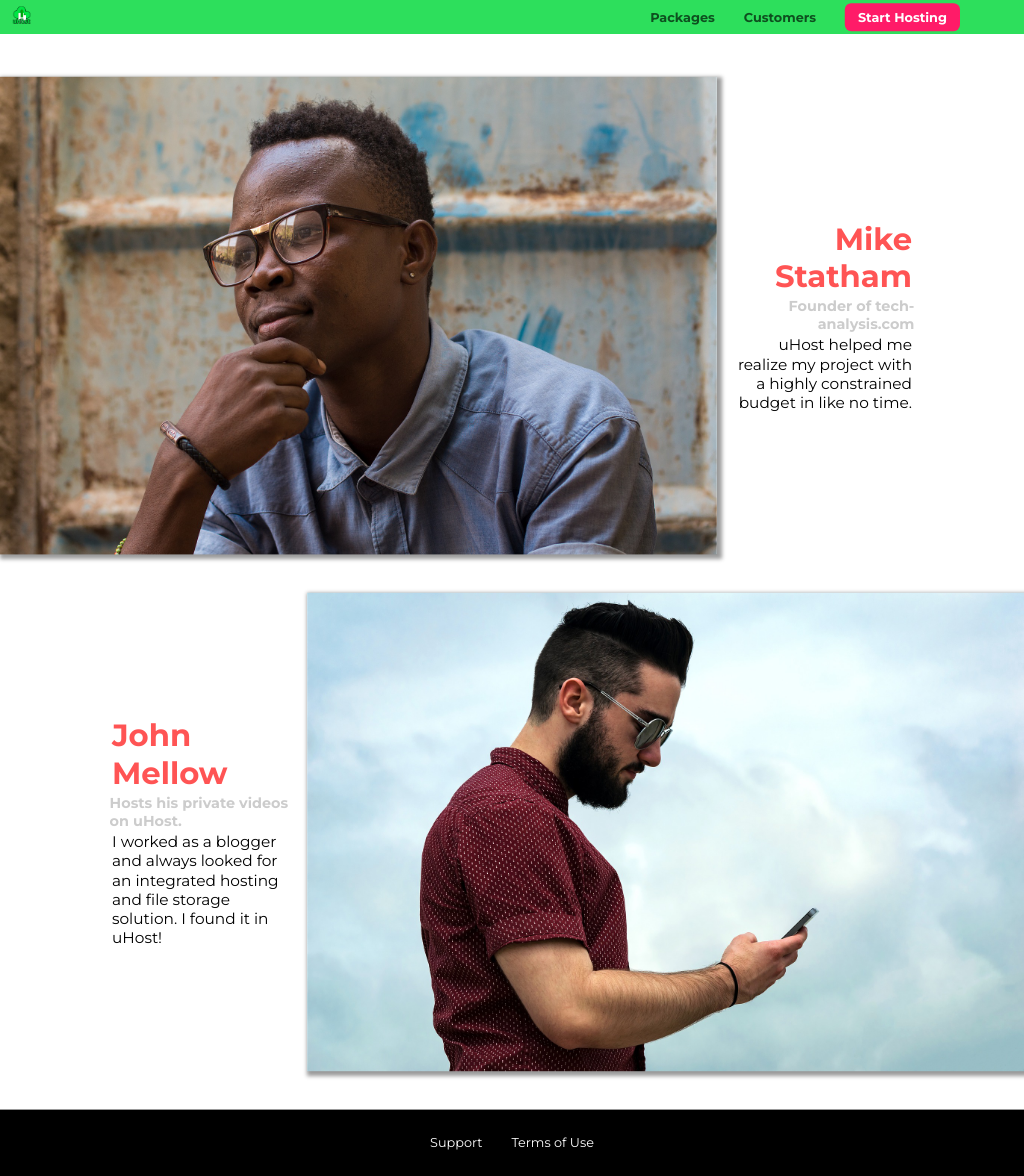
Repository: Nowacki97PL/UdemyCSS
Page: customers/index.html
An editor plug-in stored every save of this project. The page is shown before and after the next save, followed by the edit.
The browser window is 1280 px wide. The pictures show the whole page, at 80% of full size.

Above is the page before, as saved 2023-11-18 14:42:44.

### customers/index.html
<!DOCTYPE html>
<html lang="en">

<head>
    <meta charset="UTF-8">
    <meta name="viewport" content="width=device-width, initial-scale=1.0">
    <meta http-equiv="X-UA-Compatible" content="ie=edge">
    <title>uHost Customers</title>
    <link rel="shortcut icon" href="../images/favicon.png">
    <link href="https://fonts.googleapis.com/css?family=Anton|Montserrat:400,700" rel="stylesheet">
    <link rel="stylesheet" href="customers.css">
    <link rel="stylesheet" href="../shared.css">
    <link rel="stylesheet" href="../main.css">
</head>

<body>
    <div class="backdrop"></div>
    <header class="main-header">
        <div>
            <a href="../index.html" class="main-header__brand">
                <img src="../images/uhost-icon.png" alt="logo">
            </a>
        </div>
        <nav class="main-nav">
            <ul class="main-nav__items">
                <li class="main-nav__item">
                    <a href="packages/index.html">Packages</a>
                </li>
                <li class="main-nav__item">
                    <a href="customers/index.html">Customers</a>
                </li>
                <li class="main-nav__item main-nav__item--cta">
                    <a href="start-hosting/index.html">Start Hosting</a>
                </li>
            </ul>
        </nav>
    </header>

    <main>
        <div>
            <div class="testimonial" id="customer-1">
                <div class="testimonial__image-container">
                    <img src="../images/customer-1.jpg" alt="Mike Statham - Customer" class="testimonial__image">
                </div>
                <div class="testimonial__info">
                    <h1 class="testimonial__name">Mike Statham</h1>
                    <h2 class="testimonial__subtitle">Founder of
                        <a href="tech-analysis.com">tech-analysis.com</a>
                    </h2>
                    <p class="testimonial__text">uHost helped me realize my project with a highly constrained budget in like no time.</p>
                </div>
            </div>
            <div class="testimonial" id="customer-2">

                <div class="testimonial__info">
                    <h1 class="testimonial__name">John Mellow</h1>
                    <h2 class="testimonial__subtitle">Hosts his private videos on uHost.
                    </h2>
                    <p class="testimonial__text">I worked as a blogger and always looked for an integrated hosting and file storage solution. I found
                        it in uHost!
                    </p>
                </div>
                <div class="testimonial__image-container">
                    <img src="../images/customer-2.jpg" alt="John Mellow - Customer" class="testimonial__image">
                </div>
            </div>
        </div>
    </main>
    <footer class="main-footer">
        <nav>
            <ul class="main-footer__links">
                <li class="main-footer__link">
                    <a href="#">Support</a>
                </li>
                <li class="main-footer__link">
                    <a href="#">Terms of Use</a>
                </li>
            </ul>
        </nav>
    </footer>
</body>

</html>

### customers/customers.css
.testimonial {
    font-size: 1.2em;
    margin: 48px 0;
  }

  .testimonial__list {
    width: 80%;
    margin: auto;
  }

  .testimonial:first-of-type {
    margin-top: 96px;
  }

  .testimonial__image-container {
    width: 70%;
    display: inline-block;
    vertical-align: middle;
    box-shadow: 3px 3px 5px 3px rgba(0, 0,  0, 0.4);
  }

  .testimonial__image {
    width: 100%;
    vertical-align: top;
  }

  .testimonial__info {
    text-align: right;
    padding: 14px;
    display: inline-block;
    vertical-align: middle;
    width: 20%;
  }

  #customer-2.testimonial {
    text-align: right;
  }

  #customer-2 .testimonial__info {
    text-align: left;
  }

  .testimonial__name {
    margin: 3px;
    color: #ff5454;
    font-size: 2em;
  }

  .testimonial__subtitle {
    margin: 0;
    font-size: 18px;
    color: #ccc;
  }

  .testimonial__subtitle a {
    color: inherit;
    text-decoration: none;
  }

  .testimonial__subtitle a:hover,
  .testimonial__subtitle a:active {
    color: #7a7a7a;
  }

  .testimonial__text {
    margin: 3px;
  }

### shared.css
* {
    box-sizing: border-box;
}

body {
    font-family: 'Montserrat', sans-serif;
    margin: 0;
}

.backdrop {
    position: fixed;
    top: 0;
    left: 0;
    display: none;
    z-index: 100;
    width: 100%;
    height: 100%;
    background: rgba(0, 0, 0, 0.5);
}

.main-header {
    width: 100%;
    position: fixed;
    top: 0;
    left: 0;
    background: #2ddf5c;
    padding: 8px 16px;
    z-index: 1;
}

.main-header > div {
    display: inline-block;
    vertical-align: middle;
}

.main-header__brand {
    color: #0e4f1f;
    text-decoration: none;
    font-weight: bold;
    font-size: 22px;
    display: inline-block;
    height: 22px;
}

.main-header__brand img {
    height: 22px;
}

.main-nav {
    display: inline-block;
    text-align: right;
    width: calc(100% - 74px);
    vertical-align: middle;
}

.main-nav__items {
    margin: 0;
    padding: 0;
    list-style: none;
}

.main-nav__item {
    display: inline-block;
    margin: 0 16px;
}

.main-nav__item a {
    text-decoration: none;
    color: #0e4f1f;
    font-weight: bold;
    padding: 3px 0;
}

.main-nav__item a:hover,
.main-nav__item a:active {
    color: white;
    border-bottom: 5px solid white;
}

.main-nav__item--cta a {
    color: white;
    background: #ff1b68;
    padding: 8px 16px;
    border-radius: 8px;
}

.main-nav__item--cta a:hover,
.main-nav__item--cta a:active {
    color: #ff1b68;
    background: white;
    border: none;
}

.main-footer {
    background: black;
    padding: 32px;
    margin-top: 48px;
}

.main-footer__links {
    list-style: none;
    margin: 0;
    padding: 0;
    text-align: center;
}

.main-footer__link {
    display: inline-block;
    margin: 0 16px;
}

.main-footer__link a {
    color: white;
    text-decoration: none;
}

.main-footer__link a:hover,
.main-footer__link a:active {
    color: #ccc;
}

.button {
    background: #0e4f1f;
    color: white;
    font: inherit;
    border: 1.5px solid #0e4f1f;
    padding: 8px;
    border-radius: 8px;
    font-weight: bold;
    cursor: pointer;
}

.button:hover,
.button:active {
    background: white;
    color: #0e4f1f;
}

.button:focus {
    outline: none;
}

### main.css


#product-overview {
    background: url("images/freedom.jpg") left 10% bottom 80%/cover no-repeat border-box;
    width: 100%;
    height: 528px;
    padding: 10px;
    position: relative;
}

.section-title {
    color: #2ddf5c;
    text-align: center;
}

#product-overview h1 {
    color: white;
    font-family: 'Anton', sans-serif;
    position: absolute;
    bottom: 5%;
    left: 3%;
}

.plan__list {
    width: 80%;
    margin: auto;
    text-align: center;
}

.plan {
    background: #d5ffdc;
    text-align: center;
    padding: 16px;
    margin: 8px;
    display: inline-block;
    width: 30%;
    vertical-align: middle;
    border-radius: 10px;
}

.plan--highlighted {
    border-radius: 10px;
    background: #19b84c;
    color: white;
    box-shadow: 3px 3px 5px 3px rgba(0, 0, 0, 0.5);
}

.plan__annotation {
    background: white;
    color: #19b84c;
    padding: 8px;
    box-shadow: 2px 2px 2px 2px rgba(0, 0, 0, 0.5);
    border-radius: 8px;
}

.plan__title {
    color: #0e4f1f;
}

.plan__price {
    color: #858585;
}

.plan--highlighted .plan__title {
    color: white;
}

.plan--highlighted .plan__price {
    color: #0e4f1f;
}

.plan__features {
    list-style: none;
    margin: 0;
    padding: 0;
}

.plan__feature {
    margin: 8px 0;
}

#key-features {
    background: #ff1b68;
    margin-top: 80px;
    padding: 16px;
}

#key-features .section-title {
    color: white;
    margin: 32px;
}

.key-feature__list {
    list-style: none;
    margin: 0;
    padding: 0;
    text-align: center;
}

.key-feature {
    display: inline-block;
    width: 30%;
    vertical-align: top;
}

.key-feature__image {
    background: #ffcede;
    width: 128px;
    height: 128px;
    border: 2px solid #424242;
    border-radius: 50%;
    margin: auto;
    padding: 20px;
}

.key-feature__description {
    text-align: center;
    font-weight: bold;
    color: white;
    font-size: 20px;
}

/* h1 {
    font-family: sans-serif;
} */

After the next save:
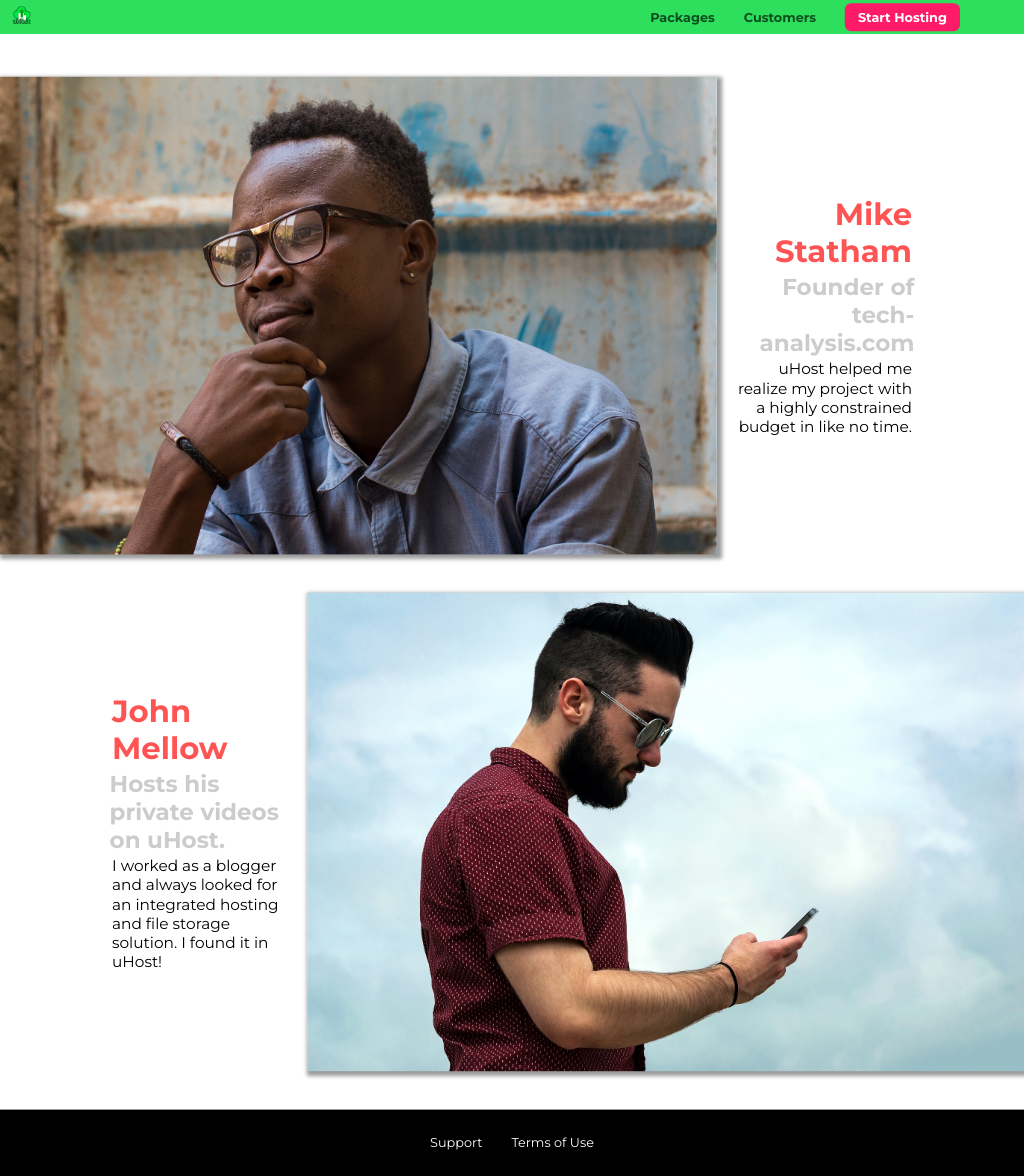
Saved 34 s later.
--- a/customers/customers.css
+++ b/customers/customers.css
@@ -48,7 +48,7 @@
 
   .testimonial__subtitle {
     margin: 0;
-    font-size: 18px;
+    font-size: ;
     color: #ccc;
   }
 
